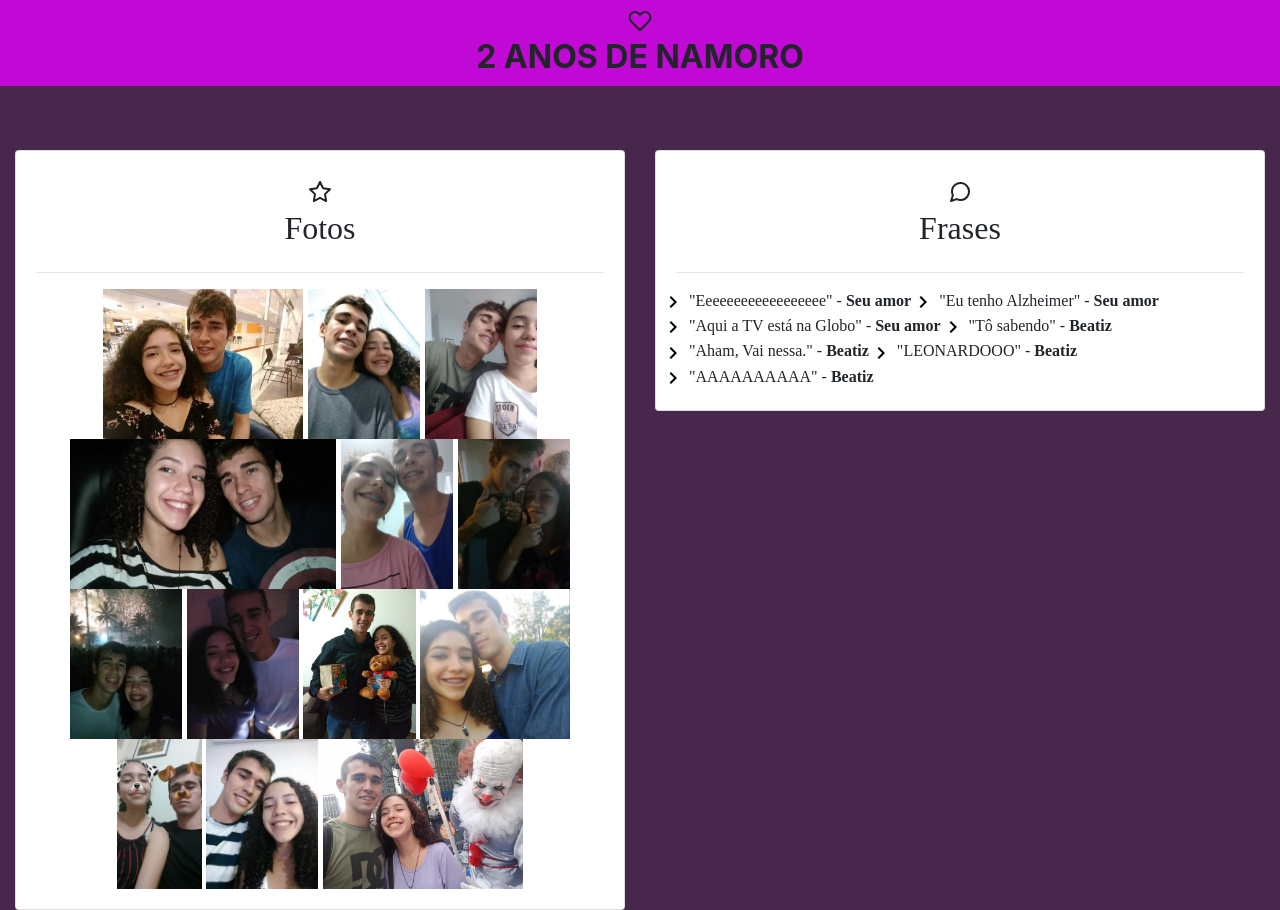
Repository: MeuAmor/meuamor.github.io
Page: index.html
The author's editor kept a copy of each file at every save. The page is drawn from the files as they stood at one save, then again after the next save.
The browser window is 1280 px wide. The pictures show the whole page.

Above is the page before, as saved 2019-08-20 23:30:16.

After the next save:
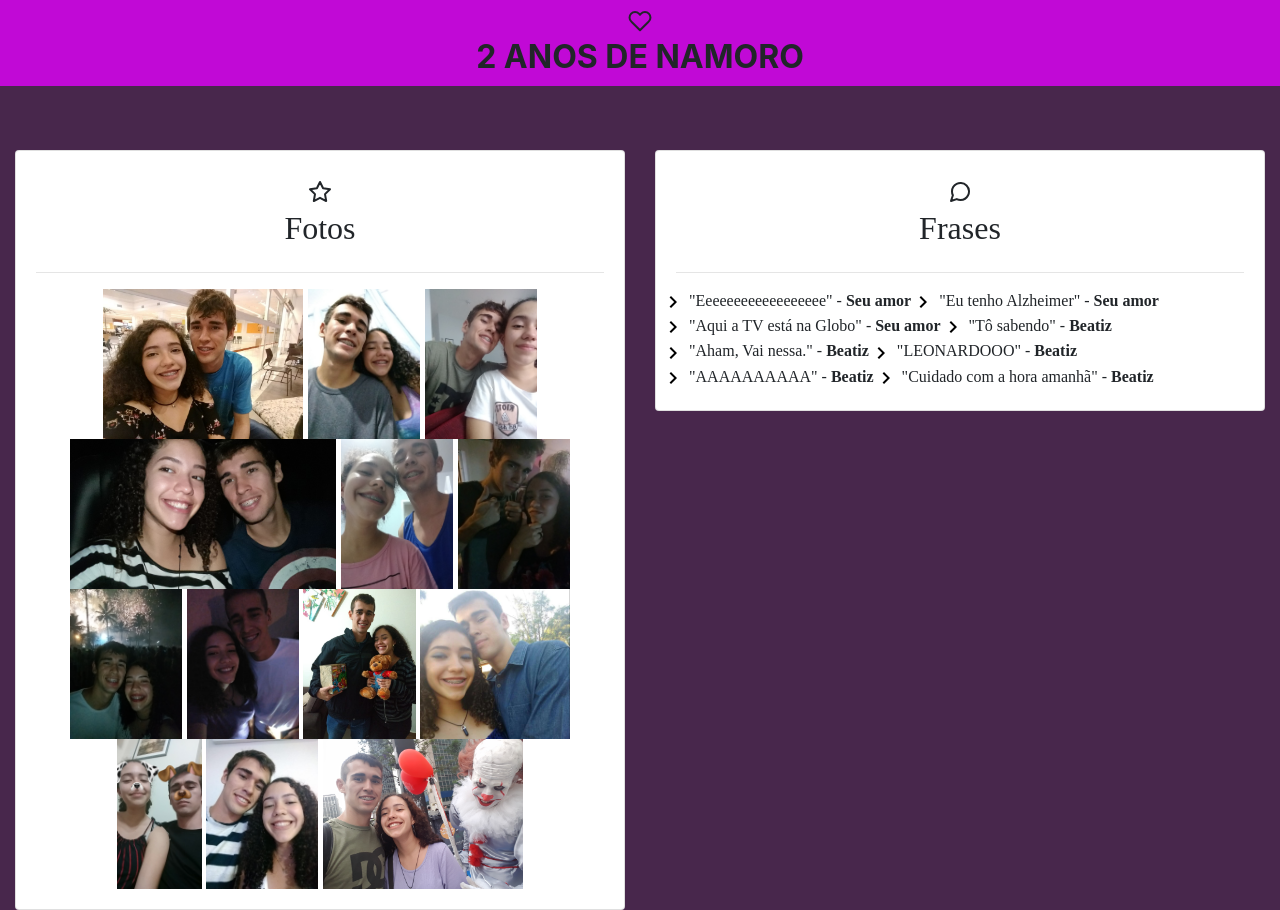
Saved 67 s later.
--- a/index.html
+++ b/index.html
@@ -172,6 +172,13 @@
                         </svg>
                         "AAAAAAAAAA" - <b>Beatiz </b><br>
                     </div>
+                    <div>
+                        <svg xmlns="http://www.w3.org/2000/svg" width="24" height="24" viewBox="0 0 24 24">
+                            <path d="M8.59 16.59L13.17 12 8.59 7.41 10 6l6 6-6 6-1.41-1.41z"/>
+                            <path fill="none" d="M0 0h24v24H0V0z"/>
+                        </svg>
+                        "Cuidado com a hora amanhã" - <b>Beatiz </b><br>
+                    </div>
             </div>
         </div>
 
